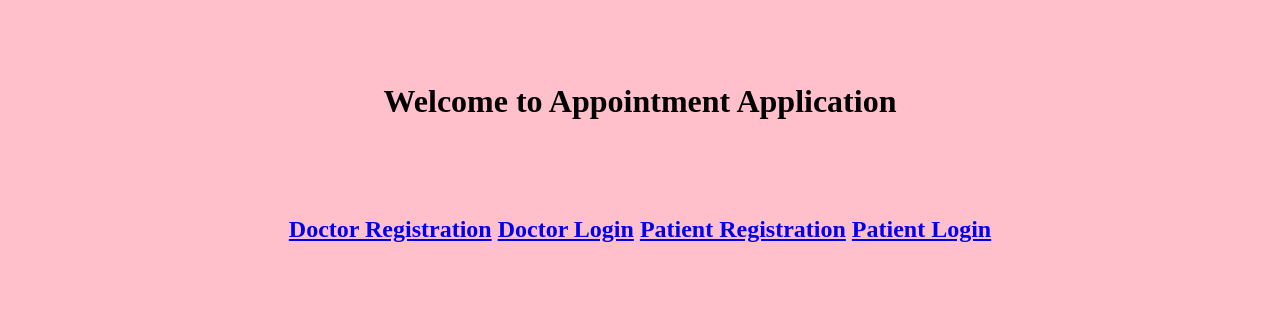
Repository: SrinidhiMiryala/MyRepository
Page: http://localhost/SpringMvc/
The author's editor kept a copy of each file at every save. The page is drawn from the files as they stood at one save, then again after the next save.
The browser window is 1280 px wide. The pictures show the whole page.
The page is served by Tomcat 9. Other server files are loaded and not shown.

Above is the page before, as saved 2022-10-03 00:28:02.

### SpringMvc/src/main/webapp/index.jsp
<html>

<body bgcolor="pink">
<br><br><br>

	<h1 align="center">Welcome to Appointment Application</h1>
	<br><br><br>

	<h2 align="center"><a href="doctor_register.html">Doctor Registration</a>

	<a href="doctor_login.html">Doctor Login</a>

	<a href="patient_register.html">Patient Registration</a>

	<a href="patient_login.html">Patient Login</a>
    </h2>

</body>
</html>

After the next save:
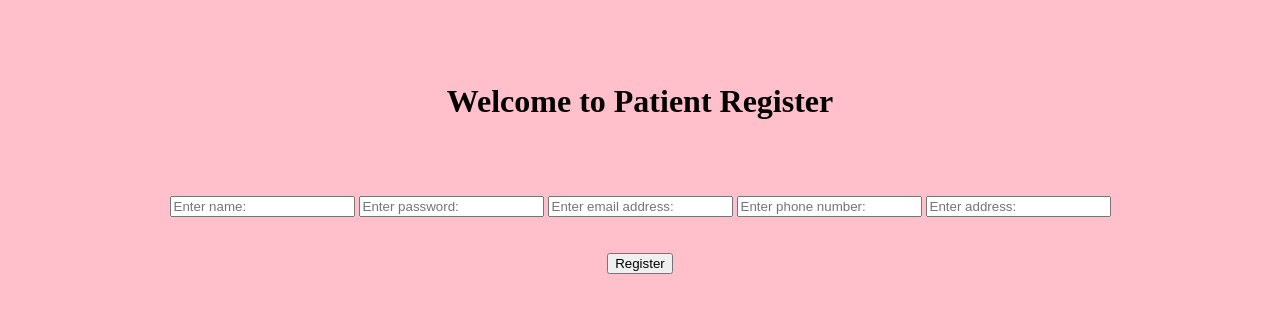
Saved 3 min 25 s later.
--- a/SpringMvc/src/main/webapp/index.jsp
+++ b/SpringMvc/src/main/webapp/index.jsp
@@ -3,17 +3,19 @@
 <body bgcolor="pink">
 <br><br><br>
 
-	<h1 align="center">Welcome to Appointment Application</h1>
+	<h1 align="center">Welcome to Patient Register</h1>
 	<br><br><br>
 
-	<h2 align="center"><a href="doctor_register.html">Doctor Registration</a>
+	<form action="patient_register" align="center">
+		<input type="text" name="name" placeholder="Enter name: ">
 
-	<a href="doctor_login.html">Doctor Login</a>
-
-	<a href="patient_register.html">Patient Registration</a>
-
-	<a href="patient_login.html">Patient Login</a>
-    </h2>
-
+		<input type="password" name="password" placeholder="Enter password: ">
+		<input type="email" name="email" placeholder="Enter email address: ">
+		<input type="text" name="phone" placeholder="Enter phone number: ">
+		<input type="address" name="address" placeholder="Enter address: ">
+		<br>
+		<br>
+		<br> <input type="submit" value="Register">
+	</form>
 </body>
 </html>
